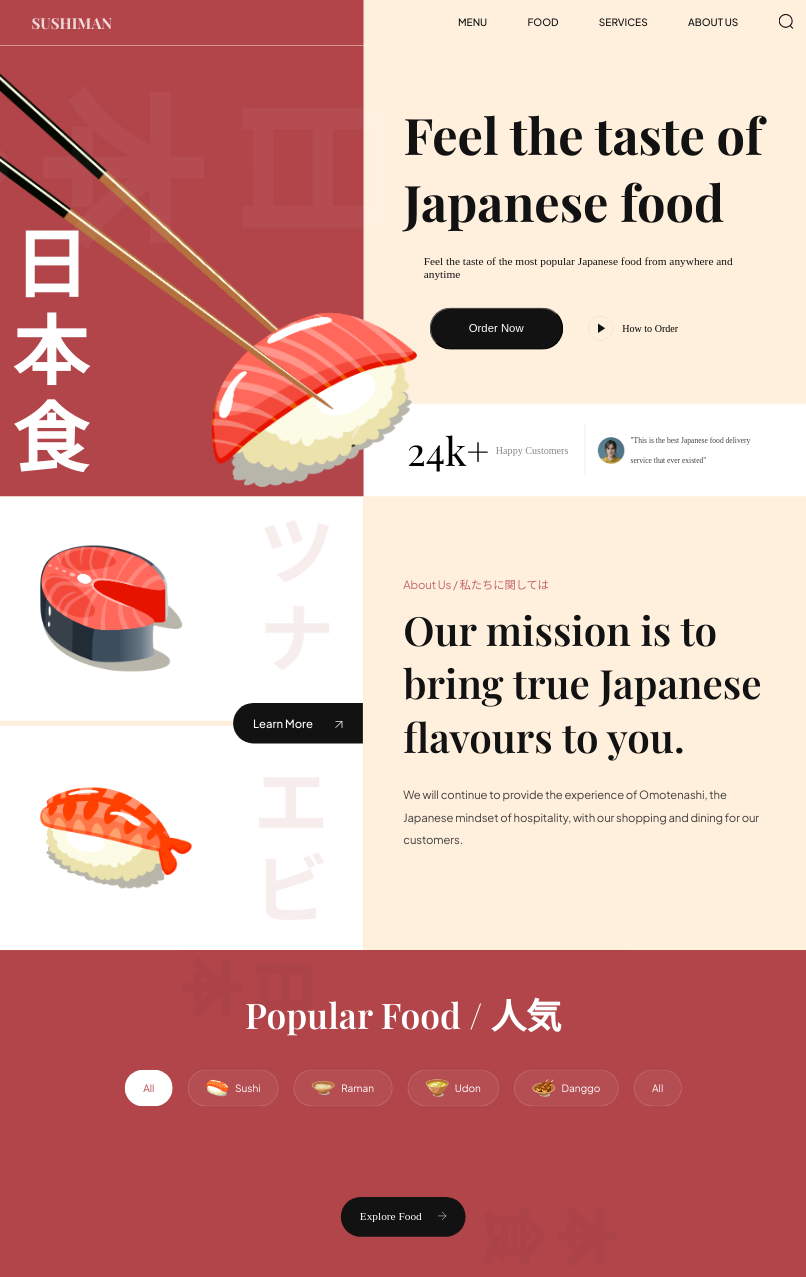
Repository: echoyol/sushiWebsite
Page: index.html
The author's editor kept a copy of each file at every save. The page is drawn from the files as they stood at one save, then again after the next save.
The browser window is 1280 px wide. The pictures show the whole page, at 63% of full size.

Above is the page before, as saved 2023-06-04 20:23:21.

After the next save:
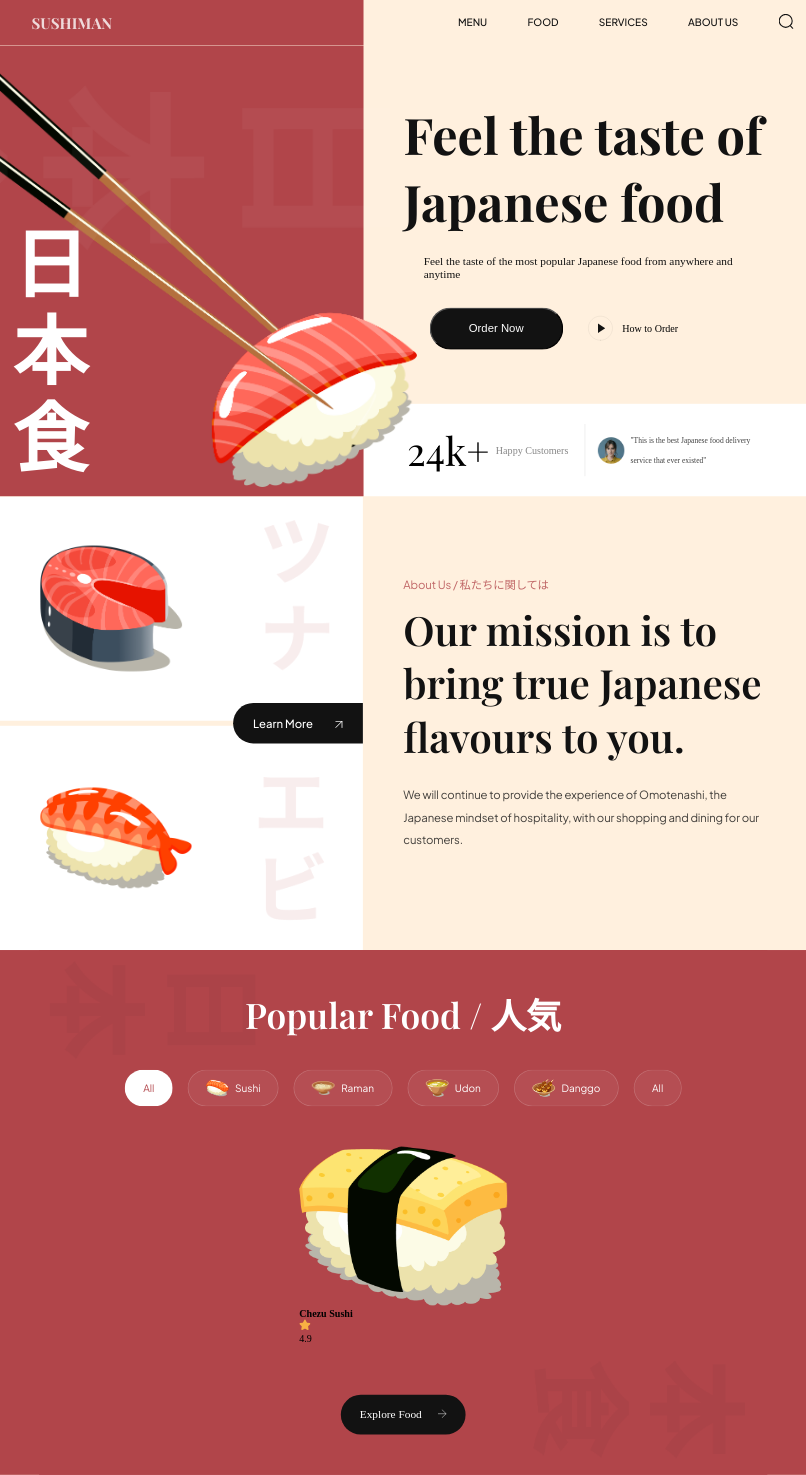
Saved 24 h 7 min later.
--- a/index.html
+++ b/index.html
@@ -194,7 +194,26 @@
         <button class="popular-foods__filter-btn">All</button>
       </div>
 
-      <div class="popular-foods__catalogue"></div>
+      <div class="popular-foods__catalogue">
+        <article class="popular-foods__card">
+          <img
+            class="popular-foods__card-image"
+            src="assets/sushi-12.png"
+            alt="sushi-12"
+          />
+          <h4 class="popular-foods__card-title">Chezu Sushi</h4>
+
+          <div class="popular-foods__card-details flex-between">
+            <div class="popular-foods__card-rating">
+              <img
+                src="assets/star.svg"
+                alt="star"
+              />
+              <p>4.9</p>
+            </div>
+          </div>
+        </article>
+      </div>
 
       <button class="popular-foods__button">
         Explore Food
